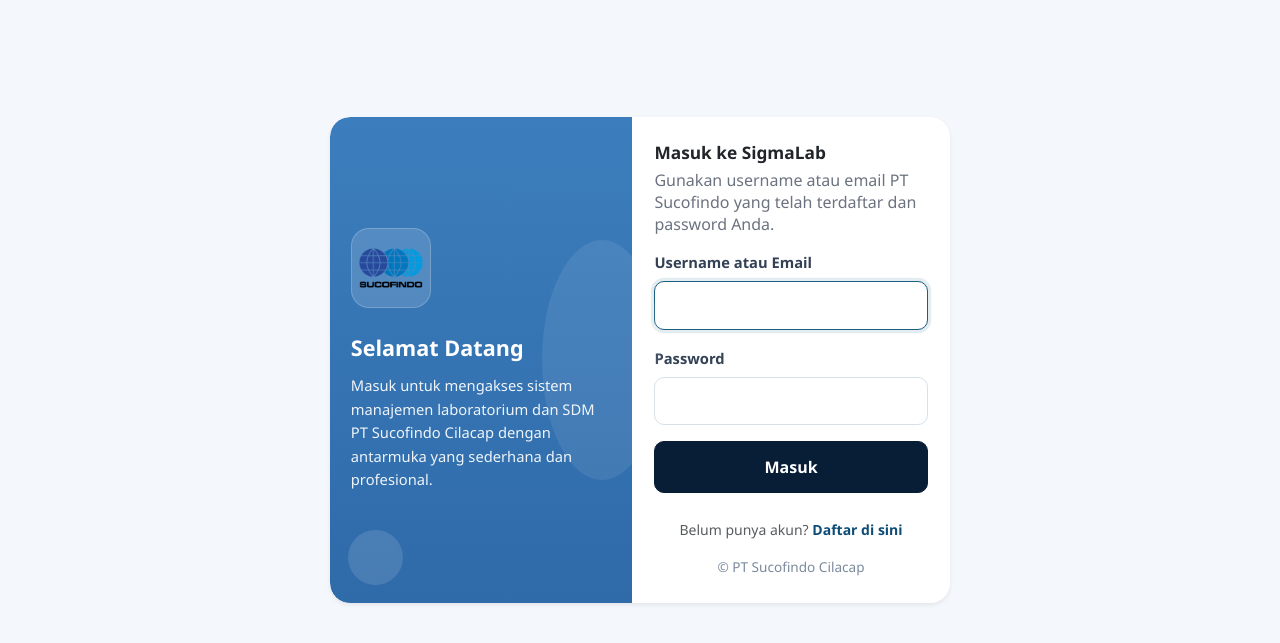
Repository: amelianeesa/sigmalab
Page: http://localhost/login
These files come from the project's save history. The page is drawn as it stood at one moment and after the next save; the edit follows.
The browser window is 1280 px wide. The pictures show the whole page.
The page is served by the project's Laravel application, run on PHP 8.4 with Laravel 12.

Above is the page before, as saved 2026-08-06 08:54:42.

After the next save:
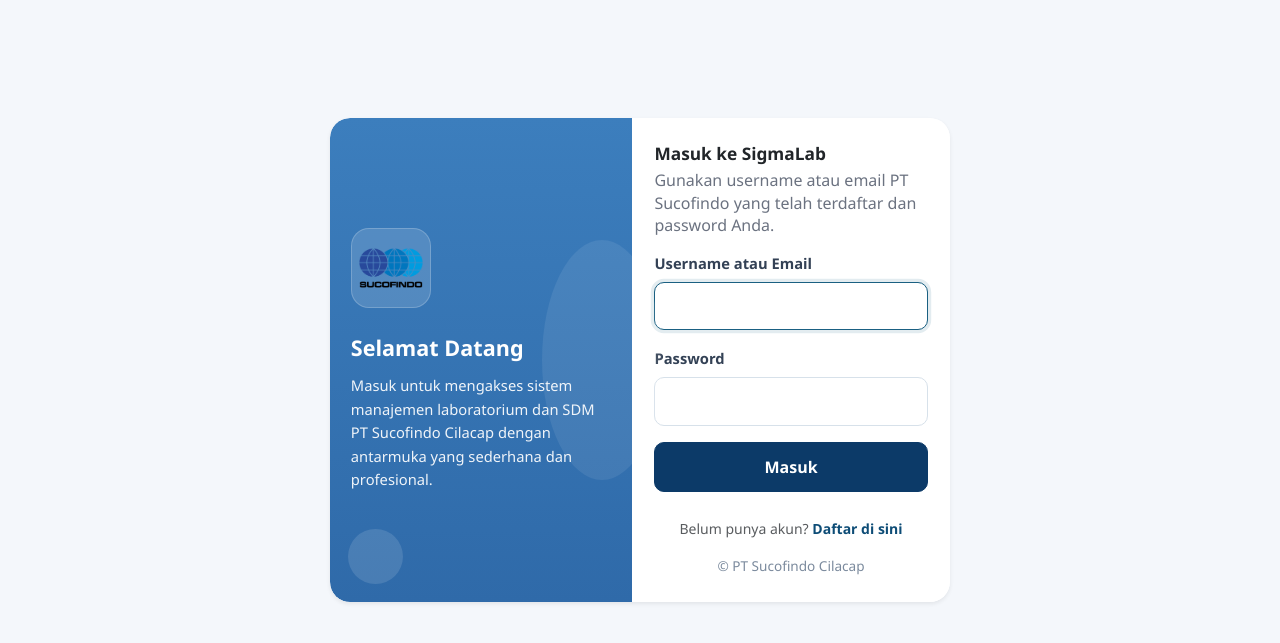
Saved 8 s later.
--- a/resources/views/auth/login.blade.php
+++ b/resources/views/auth/login.blade.php
@@ -141,10 +141,10 @@
         }
 
         .btn-auth {
-            background: #081d36;
-            border: 1px solid #081d36;
+            background: #0c3a68;
+            border: 1px solid #0c3a68;
             border-radius: 10px;
-            padding: 0.8rem 1rem;
+            padding: 0.75rem 0.95rem;
             font-weight: 700;
             color: #ffffff;
             transition: all 0.2s ease;
